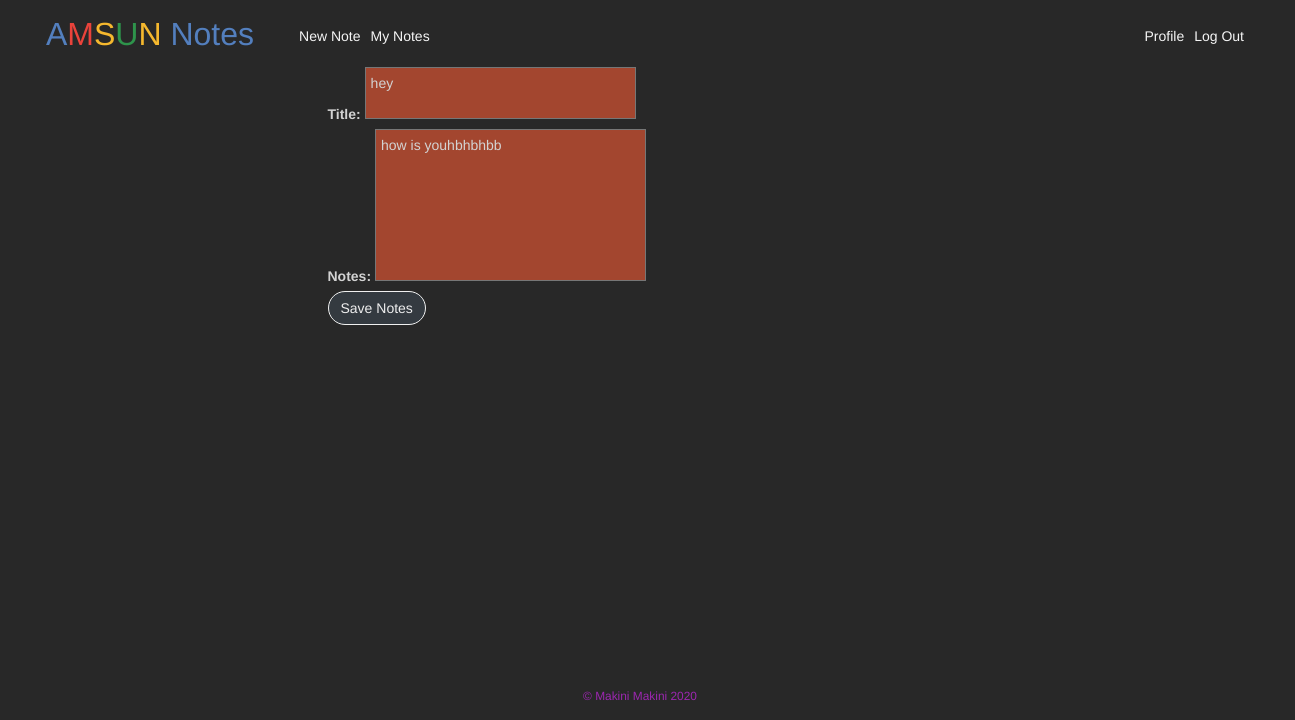
Repository: MakiniMakini/AMSUN-NOTES
Page: http://localhost/22/edit
The author's editor kept a copy of each file at every save. The page is drawn from the files as they stood at one save, then again after the next save.
The browser window is 1280 px wide. The page is 1295 px wide, then 1280 px, so the pictures cover 1295 px, including what lies to the right of the window. The pictures show the whole page.
Some web fonts or font styles are not loaded; a fallback is used. The page is served by the project's application, run on Flask 3 (application.py). The session is filled in as if someone had signed in: {"user_id": 1}. The page reads the database file committed with the project.

Above is the page before, as saved 2020-12-25 13:30:03.

After the next save:
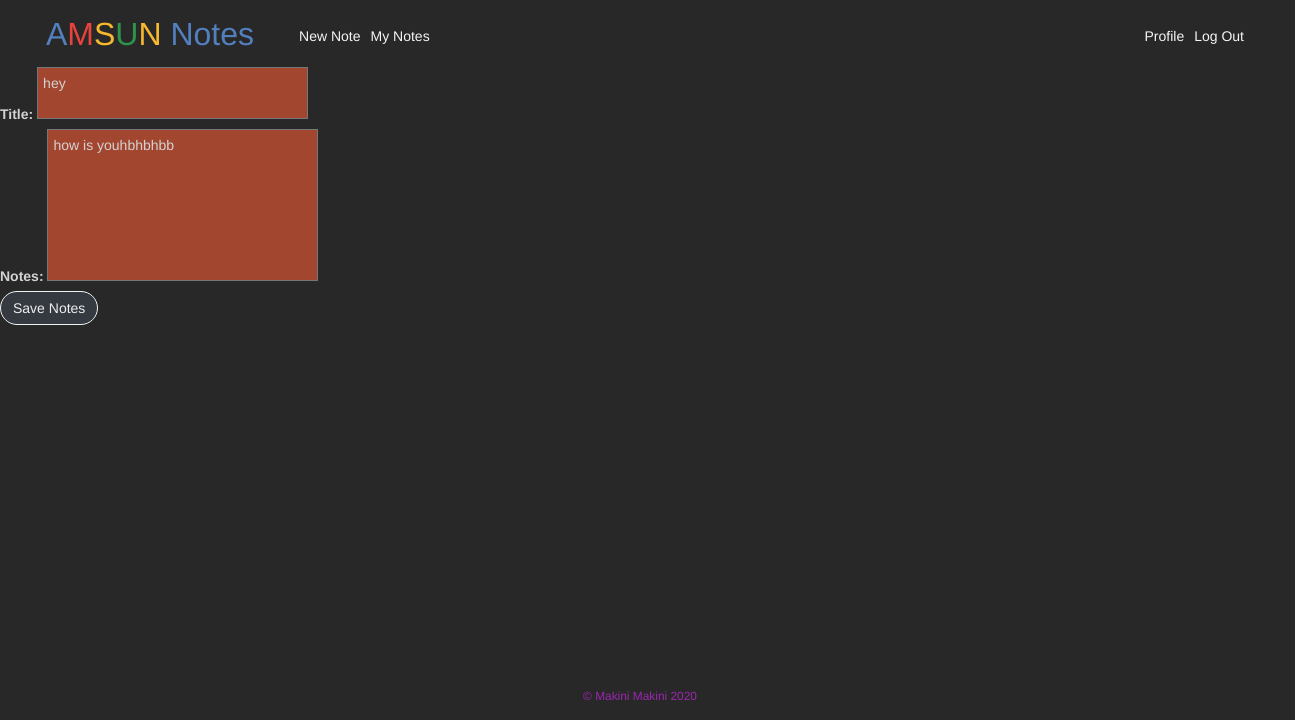
Saved 23 s later.
--- a/templates/edit.html
+++ b/templates/edit.html
@@ -6,9 +6,7 @@
 
 {% block main %}
 
-<div class="row">
-  <div class="col-lg-3 col-sm-0"></div>
-<div class="col-lg-6 col-sm-12">
+
   <div class="notes_form">
     {% for item in notes %}
 
@@ -25,9 +23,7 @@
     {% endfor %}
 
 </div>
-</div>
-<div class="col-lg-3 col-sm-0"></div>
-</div>
+
 
 
 
